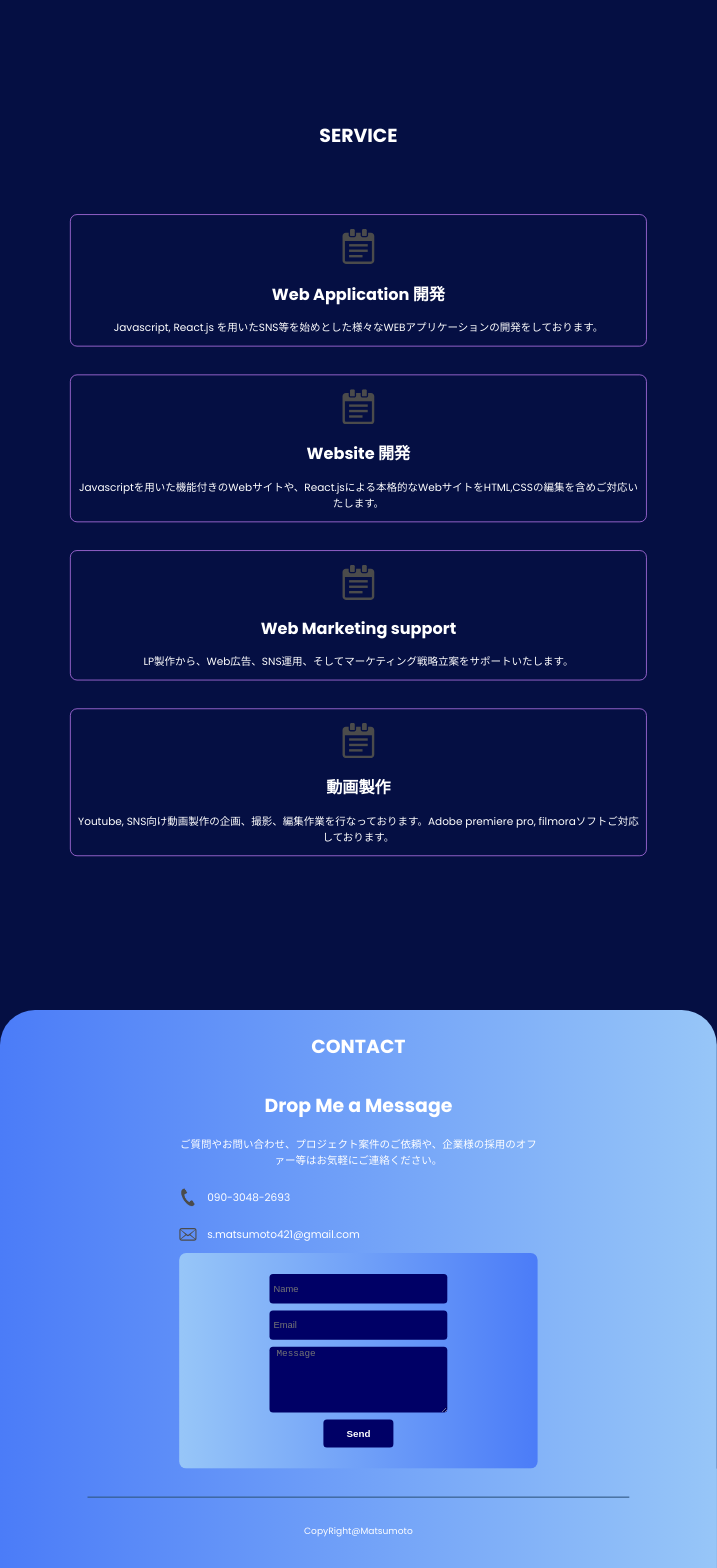
Repository: Seiya00002/my-portfolio-website2
Page: /
An editor plug-in stored every save of this project. The page is shown before and after the next save, followed by the edit.
The browser window is 1024 px wide. The pictures show the part of the page from y = 3450 to 5690 px (the page is 5690 px tall), at 70% of full size.
Some web fonts or font styles are not loaded; a fallback is used. The project was rebuilt for these pictures with package versions that can differ from the ones it lists, and the page was loaded fresh each time.

Above is the page before, as saved 2023-09-27 14:47:50.

After the next save:
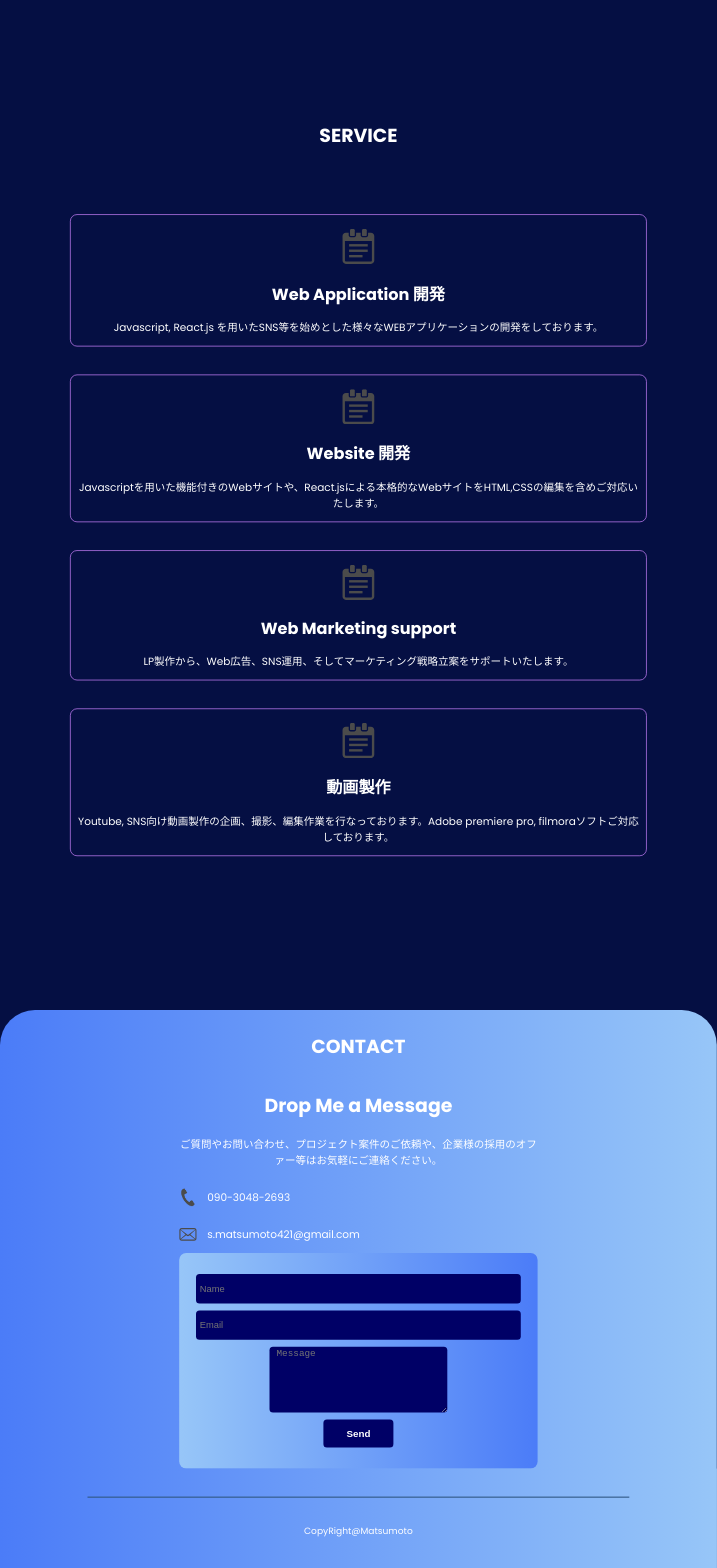
Saved 104 s later.
--- a/src/App.css
+++ b/src/App.css
@@ -383,4 +383,9 @@
     margin-right: 10px;
     width: 100%;
   }
-}
+
+  .contact-section input {
+    width: 90%;
+  }
+
+}
